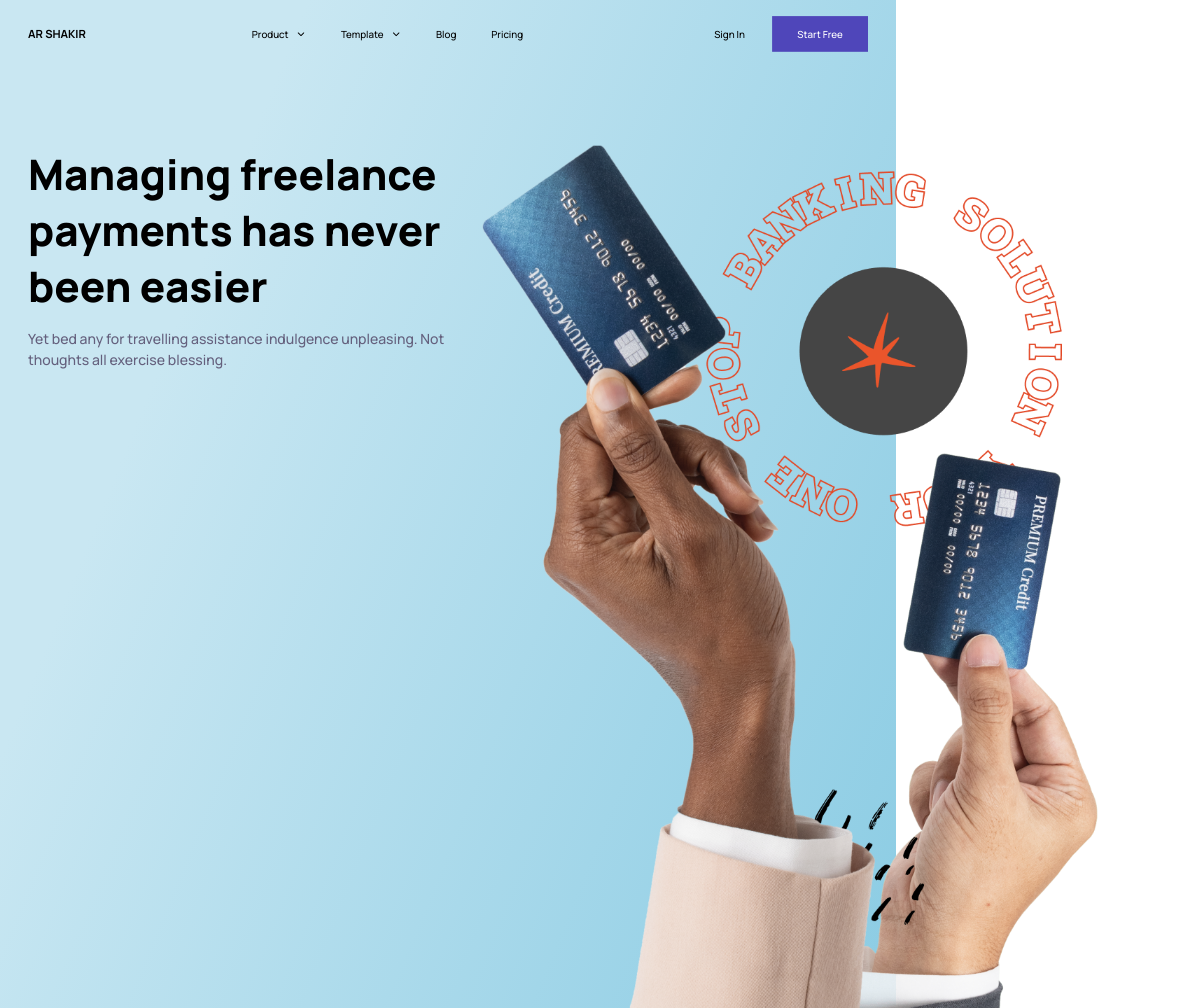
Repository: duongdori/ARShakir
Page: index.html
The author's editor kept a copy of each file at every save. The page is drawn from the files as they stood at one save, then again after the next save.
The browser window is 1280 px wide. The page is 1704 px wide, then 1280 px, so the pictures cover 1704 px, including what lies to the right of the window. The pictures show the part of the page from y = 0 to 1440 px (the page is 1990 px tall before and 1026 px after), at 70% of full size.

Above is the page before, as saved 2022-04-01 23:14:25.

After the next save:
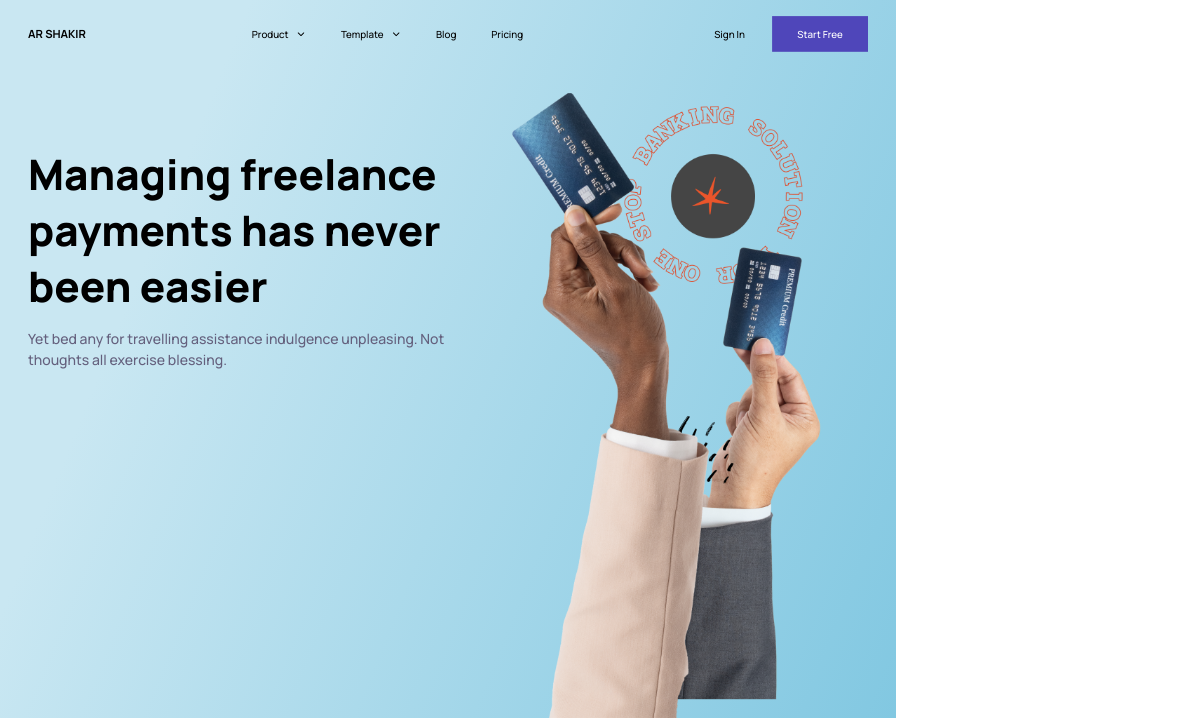
Saved 43 s later.
--- a/assets/css/main.css
+++ b/assets/css/main.css
@@ -146,5 +146,6 @@ body {
 }
 
 .header-img {
-
+    max-width: 510px;
+    width: 100%;
 }
